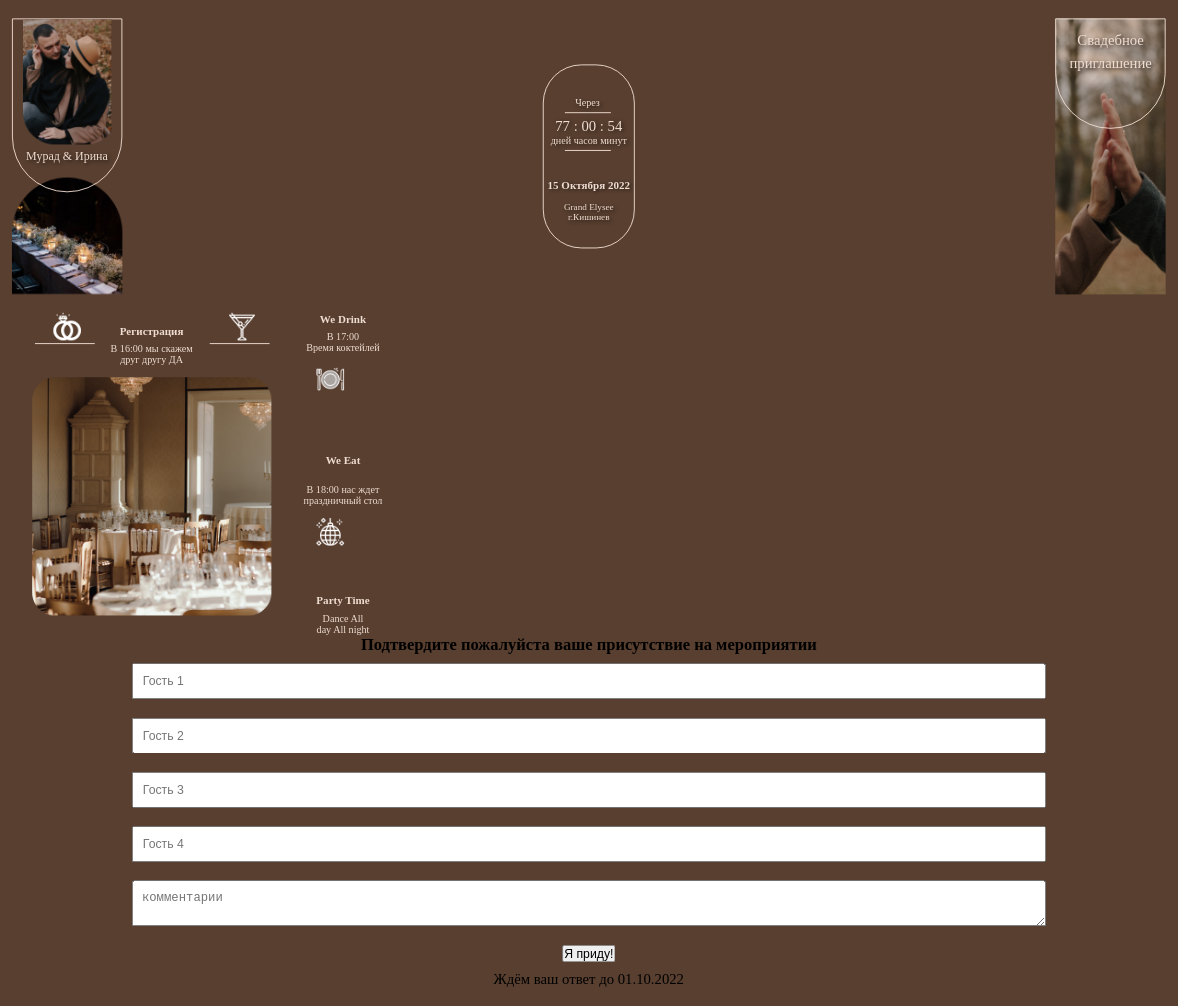
Repository: Anthony8845/wedding_invitation
Page: index.html
The author's editor kept a copy of each file at every save. The page is drawn from the files as they stood at one save, then again after the next save.
The browser window is 1280 px wide. The pictures show the whole page, at 92% of full size.

Above is the page before, as saved 2022-07-30 11:05:45.

### index.html
<!DOCTYPE html>
<html lang="en">
<head>
    <meta charset="UTF-8">
    <meta http-equiv="X-UA-Compatible" content="IE=edge">
    <meta name="viewport" content="width=device-width, user-scalable=yes">
    <link rel="stylesheet" href="./style.css">
    <script defer src="./script.js"></script>
    <title>Приглашение на свадьбу</title>
</head>
<body>

    <div class="invitation">
        <div class="info">
            <div class="info_block">
                <div class="info_border">
                    <div class="info_img-u"></div>
                    <div class="info_name">Мурад & Ирина</div>
                </div>
                <div class="info_img-d"></div>
            </div>
            <div class="info_block">
                <div class="block__data">
                    <div class="container">
                        <span class="bord">Через</span>
                        <p id="timer">
                            <span id="timer-days"></span>
                            <span id="timer-hours"></span>
                            <span id="timer-mins"></span>
                            <br>
                        </p>
                        <div >
                            <span>дней</span>
                            <span>часов</span>
                            <span>минут</span>
                        </div>
                       <div class="date_border"></div>
                    </div>
                    <div class="info_date">
                        <h4>15 Октября 2022</h4>
                        <p>Grand Elysee <br>
                            г.Кишинев</p>
                    </div>
                </div>
            </div>
            <div class="info_block">
                <div class="info_invitation">Свадебное<br>приглашение</div>
                <div class="info_img-r"></div>
            </div>

        </div>
        <div class="timetable">
            <div class="timetable_block">
                <div class="block_icon">
                    <div class="icon_reg icon"></div>
                    <div class="line_icon-d"></div>
                </div>
                <div class="block_reg">
                    <h4>Регистрация</h4>
                    <p>В 16:00 мы скажем <br> друг другу ДА</p>
                </div>
                <div class="block_icon">
                    <div class="icon_drink icon"></div>
                    <div class="line_icon-d"></div>
                </div>

            </div>
            <div class="timetable_block">
                <div class="img_table"></div>
            </div>
            <div class="timetable_block">
                <div class="block_drink">
                    <h4>We Drink</h4>
                    <p>В 17:00<br> Время коктейлей</p>
                </div>
                <div class="block_icon">
                    <div class="icon_eat icon"></div>
                    <div class="line_icon-l"></div>
                </div>

                <div class="block_eat"></div>
                    <h4>We Eat</h4>
                    <p>В 18:00 нас ждет <br> праздничный стол</p>
                    <div class="block_icon">
                        <div class="icon_party icon"></div>
                        <div class="line_icon-l"></div>
                    </div>

                <div class="block_party">
                    <h4>Party Time</h4>
                    <p>Dance All<br> day All night</p>
                </div>
            </div>
        </div>
        <div class="thanks">
            <div></div>
            <div></div>
            <div></div>
        </div>
        <form class="form"  action="mail.php"  method="POST" >
            <h2 class="form__header">Подтвердите пожалуйста ваше присутствие на мероприятии</h2>
            <input class="form__input_item" type="text" name="Guest1" placeholder="Гость 1">
            <input class="form__input_item" type="text" name="Guest2" placeholder="Гость 2">
            <input class="form__input_item" type="text" name="Guest3" placeholder="Гость 3">
            <input class="form__input_item" type="text" name="Guest4" placeholder="Гость 4">
            <textarea class="form__comment" name="Comment" placeholder="комментарии"></textarea>
            <button class="form__btn">Я приду!</button>
        </form>
        <div class="footer">Ждём ваш ответ до 01.10.2022</div>
    </div>
</body>
</html>

### style.css
* {
    box-sizing: border-box;
    margin: 0;
    padding: 0;
}

body{

    padding: 20px 0;
    background-color: rgb(88, 63, 48);
}



.invitation {
    margin: 0 1% 0 1%;
}
.info {
    text-align: center;
    margin-bottom: 20px;
    display: flex;
    justify-content: space-between;
    color: rgb(240, 221, 209);
    text-shadow: 2px 2px 4px rgb(44, 32, 24);
}
.info_block .block__data{
    display: flex;
    justify-content: center;
    align-items: center;
   margin-top: 50px;
}
.info_border {
    width: 120px;
    position: absolute;
    border: 1px solid rgb(240, 221, 209);
    padding-bottom: 30px;
    border-radius: 0 0 60px 60px;

}
.info_img-u {
    width: 120px;
    height: 136px;
    background: url(./img/IMG_2.png) no-repeat;
    margin-left: auto;
    margin-right: auto;
    width: 6em;
    margin-bottom: 5px;


}
.info_name {
    font-size: 13px;
}
.info_img-d {
    margin-top: 173px;
    width: 120px;
    height: 127px;
    background: url(./img/Image.png) no-repeat;
}

.info_img-r {
    width: 120px;
    height: 300px;
    background: url(./img/IMG_104-300.png) no-repeat;
    background-size: cover;
}


.block__data {
    font-size: 11px;
    display: flex;
    flex-direction: column;
    /* vertical-align: middle; */
    width: 100px;
    height: 200px;
    border: 1px solid rgb(240, 221, 209);
    border-radius: 42px;
}
.container{
    font-size: 11px;
}

.container #timer{
    font-size: 16px;
    /* display: flex;
    flex-direction: row; */
}

.info_timer {

}
#timer {
    padding: 5px 0 0 0;
}

.bord {
    display: block;
    width: 50px;
    padding: 5px 0;
    margin-left: 15px;
    border-bottom: 1px solid rgb(240, 221, 209);
}

.date_border {
    width: 50px;
    margin-left: 15px;
    padding: 0 0 5px 0;
    border-bottom: 1px solid rgb(240, 221, 209);
}

.info_date {
    margin-top: 30px;
    font-size: 10px;
}
.info_date h4 {
    font-size: 12px;
    padding-bottom: 10px;
}

.info_invitation{
    width: 120px;
    height: 120px;
    position: absolute;
    border: 1px solid rgb(240, 221, 209);
    border-radius: 0 0 60px 60px;
    padding-top: 10px;
    line-height: 25px;
}

.icon {
    width: 30px;
    height: 30px;
}

.block_icon{
    padding: 0 0 0 23px;
    width: 70px;
    height: 70px;
}

.line_icon-d{
    width: 65px;
    position: relative;
    right: 20px;
    padding-top: 3px;
    border-bottom: 1px solid rgb(240, 221, 209);
}
.line_icon-l{

}

.timetable {
    margin:0 2em;
    font-size: 11px;
    color: rgb(240, 221, 209);
    max-width: 390px;
    height: 350px;
    display: flex;
    flex-direction: column;
    flex-wrap: wrap;

}
.timetable_block {
    text-align: center;
    max-width: 260px;
    display: flex;
    justify-content: space-between;
}

.timetable_block:last-child {
    margin-left: 2%;
    height: 350px;
    display: flex;
    flex-direction: column;
    /* justify-content: space-between; */
}

.timetable_block h4 {
    font-size: 12px;
    padding-bottom: 5px;
}

.icon_reg {

    background: url(./img/wedding-rings.png) no-repeat ;
    background-size: contain;
}
.block_reg {
   padding-top: 5%;
}
.icon_drink {

    background: url(./img/martini.png) no-repeat;
    background-size: contain;
}
.img_table {
    width: 260px;
    height: 259px;
    background: url(./img/interior.png);
}
.block_drink {
}
.icon_eat {
    background: url(./img/dish.png) no-repeat;
    background-size: contain;
}
.block_eat {
}
.icon_party {
    background: url(./img/mirror-ball.png);
    background-size: contain;
}
.block_party {
}





.form {

    text-align: center;
    margin: 0 10%;

    display: flex;
    flex-direction: column;

}

.form::after {
    content: '';
    position: absolute;
    top: 0;
    left: 0;
    width: 100%;
    height: 100%;
    background: #767676 url(./img/heart.gif) center /50px no-repeat;
    opacity: 0;
    visibility: hidden;
}

.form._sending::after {
    opacity: 0.8;
    visibility: visible;
}


.form__header {
    font-size: 18px;
}

.form__input_item {
    margin: 10px 5px;
    padding: 10px 10px;

}

.form__comment {
    padding: 10px 10px;
    margin: 10px 5px;
    resize: vertical;
    height: 50px;
}

.form__btn {
    margin: 0 auto;
    margin-top: 10px;
    max-width: 70px;
}

.footer {
    margin-top: 10px;
    text-align: center;
}

### script.js
var endDate = new Date("Oct 15, 2022 12:00:00").getTime();
var timer = setInterval(function() {
    let now = new Date().getTime();
    let t = endDate - now;

    if (t >= 0) {

        let days = Math.floor(t / (1000 * 60 * 60 * 24));
        let hours = Math.floor((t % (1000 * 60 * 60 * 24)) / (1000 * 60 * 60));
        let mins = Math.floor((t % (1000 * 60 * 60)) / (1000 * 60));


        document.getElementById("timer-days").innerHTML = days +
        "<span class='label'> :</span>";

        document.getElementById("timer-hours").innerHTML = ("0"+hours).slice(-2) +
        "<span class='label'> :</span>";

        document.getElementById("timer-mins").innerHTML = ("0"+mins).slice(-2) +
        "<span class='label'></span>";


    } else {
        document.getElementById("timer").innerHTML = "The countdown is over!";

    }

}, 1000);


// 'use strict'

// document.addEventListener('DOMContentLoaded', function () {
//     const form = document.querySelector('.form');

//     form.addEventListener('submit', formSend);

//     async function formSend(e) {
//         e.preventDefault();

//         let formData = new FormData(form)


//         form.classList.add('_sending')

//         let responce = await fetch('send.php', {
//             method: 'POST',
//             body: formData
//         })
//         console.log(responce)
//         if(responce.ok) {
//             let result = await responce.json();
//             console.log(result.message)
//             form.reset()
//             form.classList.remove('_sending')

//         }else{
//             alert('Error бл')
//         }
//     }
// })

After the next save:
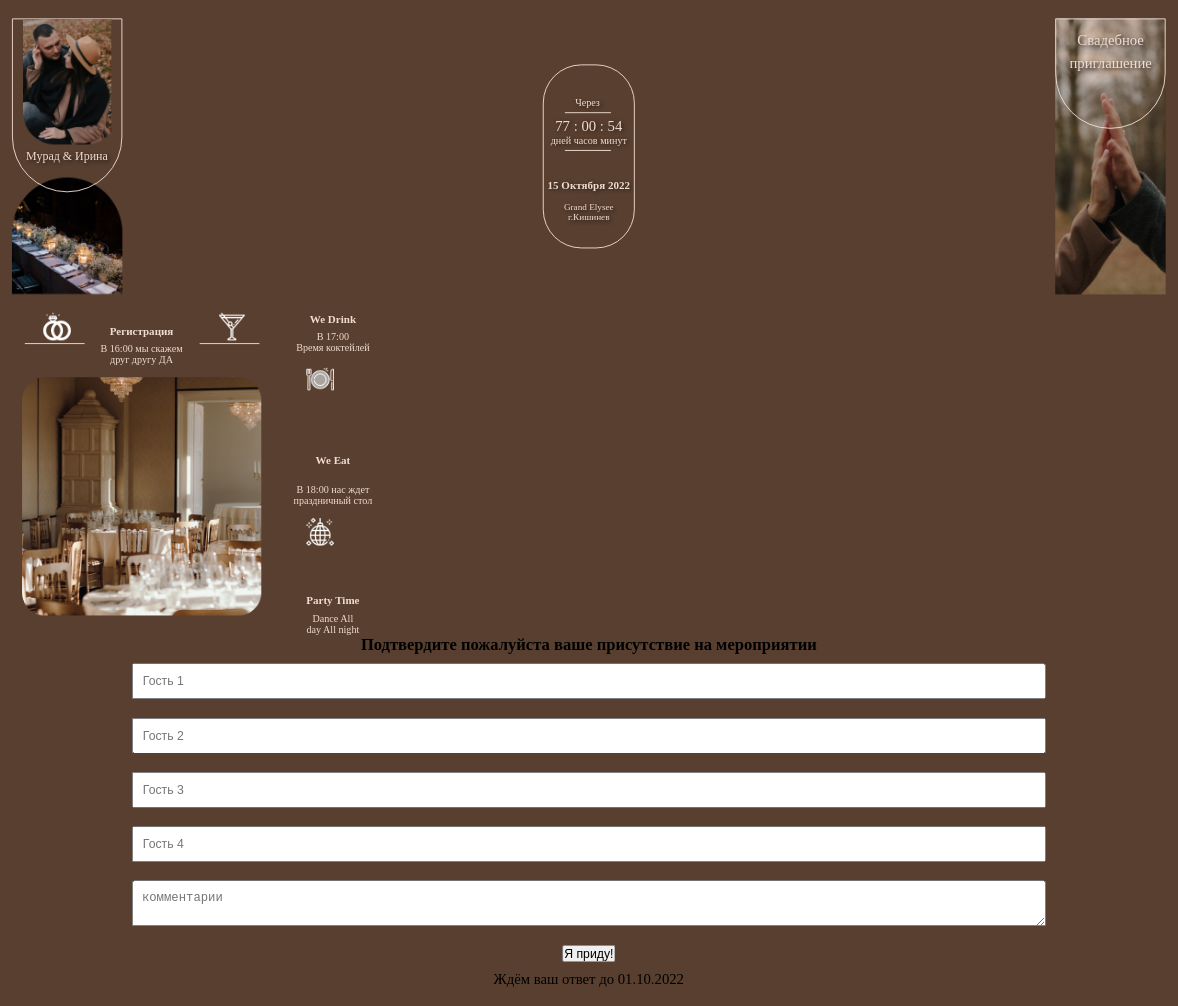
Saved 18 s later.
--- a/style.css
+++ b/style.css
@@ -150,7 +150,7 @@ body{
 }
 
 .timetable {
-    margin:0 2em;
+    margin:0 2em 0 1em;
     font-size: 11px;
     color: rgb(240, 221, 209);
     max-width: 390px;
